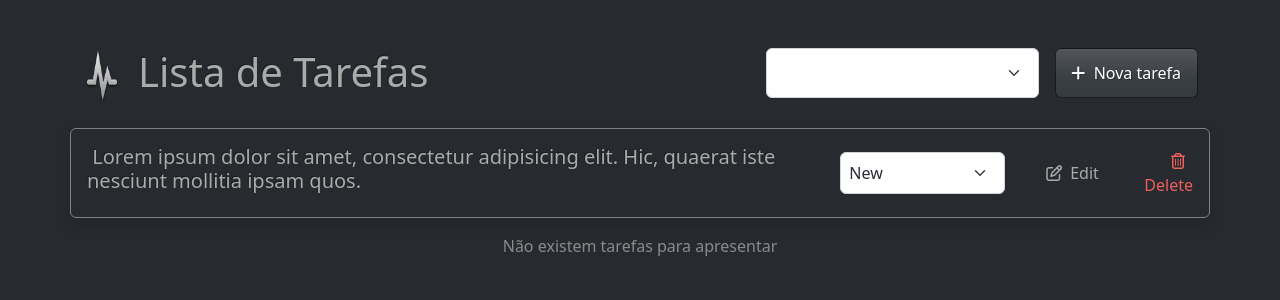
Repository: cargugati/lista_tarefas
Page: frontEnd/index.html
The author's editor kept a copy of each file at every save. The page is drawn from the files as they stood at one save, then again after the next save.
The browser window is 1280 px wide. The pictures show the whole page.

Above is the page before, as saved 2023-03-18 22:55:43.

### frontEnd/index.html
<!DOCTYPE html>
<html lang="pt-br">

<head>
  <meta charset="UTF-8">
  <meta http-equiv="X-UA-Compatible" content="IE=edge">
  <meta name="viewport" content="width=device-width, initial-scale=1.0">
  <title>Lista de Tarefas</title>
  <link rel="stylesheet" href="./assets/css/bootstrap.min.css">
  <link rel="stylesheet" href="./assets/fontawesome/css/all.min.css">
  <link rel="shortcut icon" href="./assets/images/favicon.png" type="image/png">
</head>

<body>
  <div class="container my-5">

    <!-- cabeçalho -->
    <div class="row mb-4">
      <div class="col">
        <div class="d-flex justify-content-start">
          <img src="./assets/images/favicon.png" alt="Logo" class="img-fluid me-3" width="40px">
          <h1>Lista de Tarefas</h1>
        </div>

      </div>
      <div class="col text-end">
        <div class="d-flex justify-content-end">
          <select id="select_filter" class="form-select w-50 p-2 me-3">
            <option value=""></option>
            <option value="1">filtro 1</option>
          </select>
          <a href="new_task.html" class="btn btn-primary"><i class="fa-solid fa-plus me-2"></i>Nova tarefa</a>
        </div>
      </div>
    </div>

    <!-- aspecto visual de uma tarefa -->
    <div class="row mb-3">
      <div class="col-12 border border-secondary rounded p-3 shadow">
        <div class="row align-items-center">
          <div class="col-8">
            <h5><i class="fa-solid fa-circle-che"></i>
            Lorem ipsum dolor sit amet, consectetur adipisicing elit. Hic, quaerat iste nesciunt mollitia ipsam
              quos.
            </h5>
          </div>
          <div class="col-2">
            <select id="task_status" class="form-select p-2">
              <option value="new">New</option>
              <option value="in progress">In progress</option>
              <option value="canceled">Canceled</option>
              <option value="done">Done</option>
            </select>
          </div>
          <div class="col-1 text-end"><i class="fa-regular fa-pen-to-square me-2"></i>Edit</div>
          <div class="col-1 text-end text-danger"><i class="fa-regular fa-trash-can me-2"></i>Delete</div>
        </div>
      </div>
    </div>


    <!-- sem tarefa -->
    <div class="row " id="no_tasks">
      <div class="col text-center">
        <span class="opacity-75">Não existem tarefas para apresentar</span>
      </div>
    </div>
  </div>


  <script src="./assets/js/bootstrap.bundle.min.js"></script>
</body>

</html>

Loaded but not shown: frontEnd/assets/css/bootstrap.min.css (library); frontEnd/assets/fontawesome/css/all.min.css (library); frontEnd/assets/js/bootstrap.bundle.min.js (library)

After the next save:
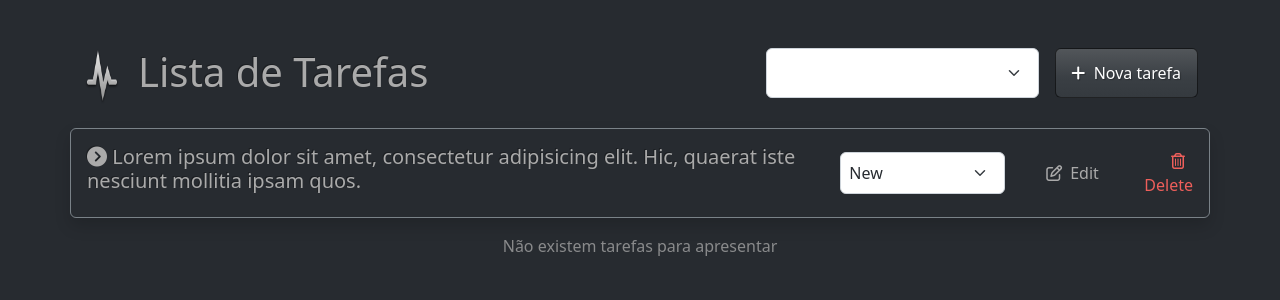
Saved 10 s later.
--- a/frontEnd/index.html
+++ b/frontEnd/index.html
@@ -39,7 +39,7 @@
       <div class="col-12 border border-secondary rounded p-3 shadow">
         <div class="row align-items-center">
           <div class="col-8">
-            <h5><i class="fa-solid fa-circle-che"></i>
+            <h5><i class="fa-solid fa-circle-chevron-right"></i>
             Lorem ipsum dolor sit amet, consectetur adipisicing elit. Hic, quaerat iste nesciunt mollitia ipsam
               quos.
             </h5>
